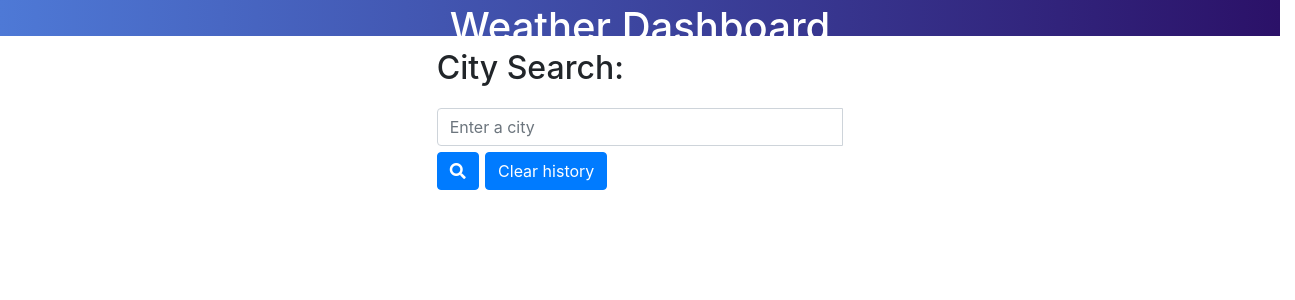
Repository: brenhamp/weather-dashboard
Page: index.html
The author's editor kept a copy of each file at every save. The page is drawn from the files as they stood at one save, then again after the next save.
The browser window is 1280 px wide. The page is 1295 px wide, then 1280 px, so the pictures cover 1295 px, including what lies to the right of the window. The pictures show the whole page.
Some web libraries are served in a nearby version.

Above is the page before, as saved 2021-12-12 21:15:53.

After the next save:
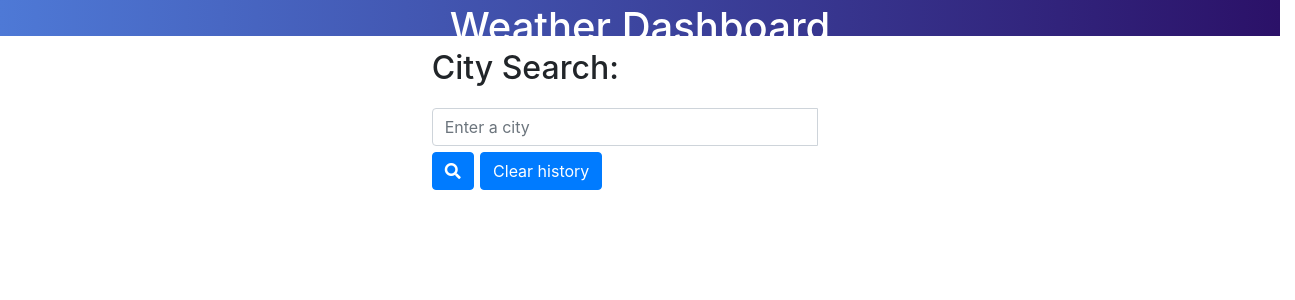
Saved 65 s later.
--- a/index.html
+++ b/index.html
@@ -14,8 +14,8 @@
         <h1>Weather Dashboard</h1>
     </header>
 
-    <div class="row">
-        <div class="col-lg-4 position-relative">
+    <div class="row container-fluid">
+        <div class="col-lg-4">
             <h2>City Search:</h2>
             <div class="input-group">
                 <input id="city-input" type="text" class="form-control" placeholder="Enter a city" aria-label="Enter a city">
